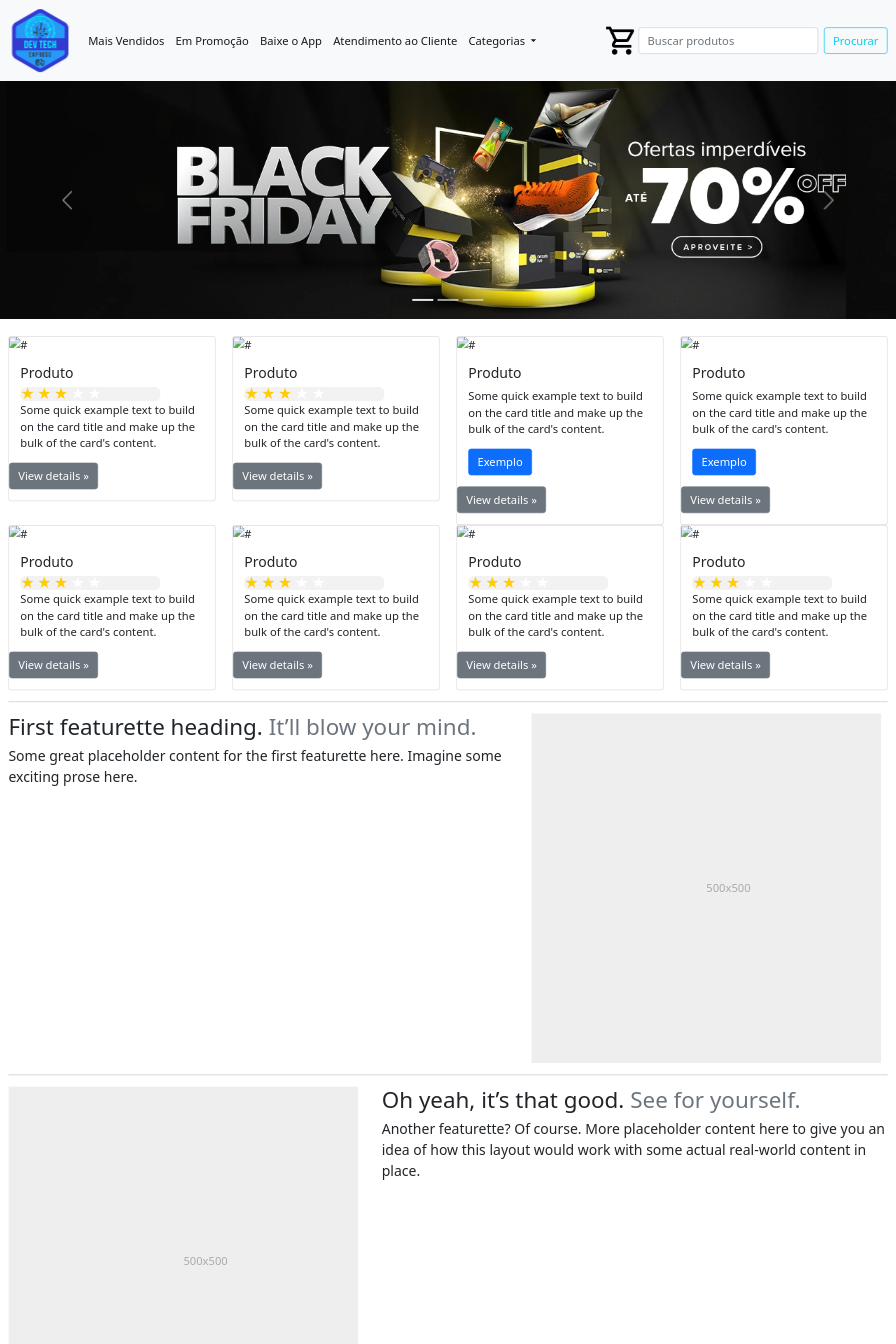
Repository: dantas-barreto/trabalho-interdisciplinar-IDW-IAP
Page: index.html
The author's editor kept a copy of each file at every save. The page is drawn from the files as they stood at one save, then again after the next save.
The browser window is 1280 px wide. The pictures show the part of the page from y = 0 to 1920 px (the page is 2658 px tall), at 70% of full size.

Above is the page before, as saved 2021-11-26 20:34:40.

### index.html
<!DOCTYPE html>
<html lang="pt-br">
  <head>
    <meta charset="utf-8" />
    <meta name="viewport" content="width=device-width, initial-scale=1.0" />
    <link
      href="https://cdn.jsdelivr.net/npm/bootstrap@5.1.3/dist/css/bootstrap.min.css"
      rel="stylesheet"
      integrity="sha384-1BmE4kWBq78iYhFldvKuhfTAU6auU8tT94WrHftjDbrCEXSU1oBoqyl2QvZ6jIW3"
      crossorigin="anonymous"
    />
    <link rel="shortcut icon" href="img/favicon.ico" type="image/x-icon" />
    <link rel="stylesheet" href="css/globalStyle.css" />
    <title>DevTech Express</title>
  </head>
  <body>
    <nav class="navbar navbar-expand-lg navbar-light bg-light header">
      <div class="container-fluid">
        <a class="navbar-brand" href="#">
          <img
            src="img/logo.png"
            width="90rem"
            height="90rem"
            alt="Logo DevTech Express"
          />
        </a>
        <button
          class="navbar-toggler"
          type="button"
          data-bs-toggle="collapse"
          data-bs-target="#navbarSupportedContent"
          aria-controls="navbarSupportedContent"
          aria-expanded="false"
          aria-label="Toggle navigation"
        >
          <span class="navbar-toggler-icon"></span>
        </button>
        <div class="collapse navbar-collapse" id="navbarSupportedContent">
          <ul class="navbar-nav me-auto mb-2 mb-lg-0">
            <li class="nav-item">
              <a class="nav-link active" aria-current="page" href="#"
                >Mais Vendidos</a
              >
            </li>
            <li class="nav-item">
              <a class="nav-link active" href="Clientes.html">Em Promoção</a>
            </li>
            <li class="nav-item">
              <a class="nav-link active" href="Fornecedores.html"
                >Baixe o App</a
              >
            </li>
            <li class="nav-item">
              <a class="nav-link active" href="Produtos.html"
                >Atendimento ao Cliente</a
              >
            </li>
            <li class="nav-item dropdown">
              <a
                class="nav-link active dropdown-toggle"
                href="#"
                id="navbarDropdown"
                role="button"
                data-bs-toggle="dropdown"
                aria-expanded="false"
              >
                Categorias
              </a>
              <ul class="dropdown-menu" aria-labelledby="navbarDropdown">
                <li><a class="dropdown-item" href="#">Categoria 01</a></li>
                <li><a class="dropdown-item" href="#">Categoria 02</a></li>
                <li><a class="dropdown-item" href="#">Categoria 03</a></li>
                <li><a class="dropdown-item" href="#">Categoria 04</a></li>
                <li><a class="dropdown-item" href="#">Categoria 05</a></li>
                <li><a class="dropdown-item" href="#">Categoria 06</a></li>
                <li><a class="dropdown-item" href="#">Categoria 07</a></li>
                <li><a class="dropdown-item" href="#">Categoria 08</a></li>
              </ul>
            </li>
          </ul>
          <img src="img/carrinhogrande.png" />
          <form class="d-flex" id="procurar">
            <input
              class="form-control me-2"
              type="search"
              placeholder="Buscar produtos"
              aria-label="Search"
            />
            <button class="btn btn-outline-info" type="submit">Procurar</button>
          </form>
        </div>
      </div>
    </nav>

    <main>
      <div id="myCarousel" class="carousel slide mb-4" data-bs-ride="carousel">
        <div class="carousel-indicators">
          <button
            type="button"
            data-bs-target="#myCarousel"
            data-bs-slide-to="0"
            class="active"
            aria-current="true"
            aria-label="Slide 1"
          ></button>
          <button
            type="button"
            data-bs-target="#myCarousel"
            data-bs-slide-to="1"
            aria-label="Slide 2"
          ></button>
          <button
            type="button"
            data-bs-target="#myCarousel"
            data-bs-slide-to="2"
            aria-label="Slide 3"
          ></button>
        </div>
        <div class="carousel-inner">
          <div class="carousel-item active">
            <img src="img/exemplo3.webp" alt="Product #1" />
          </div>
          <div class="carousel-item">
            <img src="img/exemplo2.webp" alt="Product #2" />
          </div>
          <div class="carousel-item">
            <img src="img/exemplo1.webp" alt="Product #3" />
          </div>
        </div>
        <button
          class="carousel-control-prev"
          type="button"
          data-bs-target="#myCarousel"
          data-bs-slide="prev"
        >
          <span class="carousel-control-prev-icon" aria-hidden="true"></span>
          <span class="visually-hidden">Previous</span>
        </button>
        <button
          class="carousel-control-next"
          type="button"
          data-bs-target="#myCarousel"
          data-bs-slide="next"
        >
          <span class="carousel-control-next-icon" aria-hidden="true"></span>
          <span class="visually-hidden">Next</span>
        </button>
      </div>

      <div class="container-fluid marketing">
        <div class="row">
          <!-- Fazer os cards ficarem do mesmo tamanho que o maior -->
          <div class="col-xl-3 col-lg-4 col-md-6">
            <div class="card">
              <img src="#" class="card-img-top" alt="#" />
              <div class="card-body">
                <h5 class="card-title">Produto</h5>
                <div class="classificacao">
                  <div class="qualidade" style="--rating: 3"></div>
                </div>
                <p class="card-text">
                  Some quick example text to build on the card title and make up
                  the bulk of the card's content.
                </p>
              </div>
              <p>
                <a class="btn btn-secondary" href="#">View details &raquo;</a>
              </p>
            </div>
          </div>
          <div class="col-xl-3 col-lg-4 col-md-6">
            <div class="card">
              <img src="#" class="card-img-top" alt="#" />
              <div class="card-body">
                <h5 class="card-title">Produto</h5>
                <div class="classificacao">
                  <div class="qualidade" style="--rating: 3"></div>
                </div>
                <p class="card-text">
                  Some quick example text to build on the card title and make up
                  the bulk of the card's content.
                </p>
              </div>
              <p>
                <a class="btn btn-secondary" href="#">View details &raquo;</a>
              </p>
            </div>
          </div>
          <div class="col-xl-3 col-lg-4 col-md-6">
            <div class="card">
              <img src="#" class="card-img-top" alt="#" />
              <div class="card-body">
                <h5 class="card-title">Produto</h5>
                <p class="card-text">
                  Some quick example text to build on the card title and make up
                  the bulk of the card's content.
                </p>
                <a href="#" class="btn btn-primary">Exemplo</a>
              </div>
              <p>
                <a class="btn btn-secondary" href="#">View details &raquo;</a>
              </p>
            </div>
          </div>
          <div class="col-xl-3 col-lg-4 col-md-6">
            <div class="card">
              <img src="#" class="card-img-top" alt="#" />
              <div class="card-body">
                <h5 class="card-title">Produto</h5>
                <p class="card-text">
                  Some quick example text to build on the card title and make up
                  the bulk of the card's content.
                </p>
                <a href="#" class="btn btn-primary">Exemplo</a>
              </div>
              <p>
                <a class="btn btn-secondary" href="#">View details &raquo;</a>
              </p>
            </div>
          </div>
          <div class="col-xl-3 col-lg-4 col-md-6">
            <div class="card">
              <img src="#" class="card-img-top" alt="#" />
              <div class="card-body">
                <h5 class="card-title">Produto</h5>
                <div class="classificacao">
                  <div class="qualidade" style="--rating: 3"></div>
                </div>
                <p class="card-text">
                  Some quick example text to build on the card title and make up
                  the bulk of the card's content.
                </p>
              </div>
              <p>
                <a class="btn btn-secondary" href="#">View details &raquo;</a>
              </p>
            </div>
          </div>
          <div class="col-xl-3 col-lg-4 col-md-6">
            <div class="card">
              <img src="#" class="card-img-top" alt="#" />
              <div class="card-body">
                <h5 class="card-title">Produto</h5>
                <div class="classificacao">
                  <div class="qualidade" style="--rating: 3"></div>
                </div>
                <p class="card-text">
                  Some quick example text to build on the card title and make up
                  the bulk of the card's content.
                </p>
              </div>
              <p>
                <a class="btn btn-secondary" href="#">View details &raquo;</a>
              </p>
            </div>
          </div>
          <div class="col-xl-3 col-lg-4 col-md-6">
            <div class="card">
              <img src="#" class="card-img-top" alt="#" />
              <div class="card-body">
                <h5 class="card-title">Produto</h5>
                <div class="classificacao">
                  <div class="qualidade" style="--rating: 3"></div>
                </div>
                <p class="card-text">
                  Some quick example text to build on the card title and make up
                  the bulk of the card's content.
                </p>
              </div>
              <p>
                <a class="btn btn-secondary" href="#">View details &raquo;</a>
              </p>
            </div>
          </div>
          <div class="col-xl-3 col-lg-4 col-md-6">
            <div class="card">
              <img src="#" class="card-img-top" alt="#" />
              <div class="card-body">
                <h5 class="card-title">Produto</h5>
                <div class="classificacao">
                  <div class="qualidade" style="--rating: 3"></div>
                </div>
                <p class="card-text">
                  Some quick example text to build on the card title and make up
                  the bulk of the card's content.
                </p>
              </div>
              <p>
                <a class="btn btn-secondary" href="#">View details &raquo;</a>
              </p>
            </div>
          </div>
        </div>

        <hr class="featurette-divider" />

        <div class="row featurette">
          <div class="col-md-7">
            <h2 class="featurette-heading">
              First featurette heading.
              <span class="text-muted">It’ll blow your mind.</span>
            </h2>
            <p class="lead">
              Some great placeholder content for the first featurette here.
              Imagine some exciting prose here.
            </p>
          </div>
          <div class="col-md-5">
            <svg
              class="
                bd-placeholder-img bd-placeholder-img-lg
                featurette-image
                img-fluid
                mx-auto
              "
              width="500"
              height="500"
              xmlns="http://www.w3.org/2000/svg"
              role="img"
              aria-label="Placeholder: 500x500"
              preserveAspectRatio="xMidYMid slice"
              focusable="false"
            >
              <title>Placeholder</title>
              <rect width="100%" height="100%" fill="#eee" />
              <text x="50%" y="50%" fill="#aaa" dy=".3em">500x500</text>
            </svg>
          </div>
        </div>

        <hr class="featurette-divider" />

        <div class="row featurette">
          <div class="col-md-7 order-md-2">
            <h2 class="featurette-heading">
              Oh yeah, it’s that good.
              <span class="text-muted">See for yourself.</span>
            </h2>
            <p class="lead">
              Another featurette? Of course. More placeholder content here to
              give you an idea of how this layout would work with some actual
              real-world content in place.
            </p>
          </div>
          <div class="col-md-5 order-md-1">
            <svg
              class="
                bd-placeholder-img bd-placeholder-img-lg
                featurette-image
                img-fluid
                mx-auto
              "
              width="500"
              height="500"
              xmlns="http://www.w3.org/2000/svg"
              role="img"
              aria-label="Placeholder: 500x500"
              preserveAspectRatio="xMidYMid slice"
              focusable="false"
            >
              <title>Placeholder</title>
              <rect width="100%" height="100%" fill="#eee" />
              <text x="50%" y="50%" fill="#aaa" dy=".3em">500x500</text>
            </svg>
          </div>
        </div>

        <hr class="featurette-divider" />

        <div class="row featurette">
          <div class="col-md-7">
            <h2 class="featurette-heading">
              And lastly, this one. <span class="text-muted">Checkmate.</span>
            </h2>
            <p class="lead">
              And yes, this is the last block of representative placeholder
              content. Again, not really intended to be actually read, simply
              here to give you a better view of what this would look like with
              some actual content. Your content.
            </p>
          </div>
          <div class="col-md-5">
            <svg
              class="
                bd-placeholder-img bd-placeholder-img-lg
                featurette-image
                img-fluid
                mx-auto
              "
              width="500"
              height="500"
              xmlns="http://www.w3.org/2000/svg"
              role="img"
              aria-label="Placeholder: 500x500"
              preserveAspectRatio="xMidYMid slice"
              focusable="false"
            >
              <title>Placeholder</title>
              <rect width="100%" height="100%" fill="#eee" />
              <text x="50%" y="50%" fill="#aaa" dy=".3em">500x500</text>
            </svg>
          </div>
        </div>
      </div>

      <footer class="container-fluid">
        <hr class="featurette-divider" />
        <p class="float-end"><a href="#">Voltar ao topo</a></p>
        <p>
          &copy; 2017–2021 Company, Inc. &middot;
          <a href="#">Privacy</a> &middot; <a href="#">Terms</a>
        </p>
      </footer>
    </main>

    <script
      src="https://cdn.jsdelivr.net/npm/bootstrap@5.1.3/dist/js/bootstrap.bundle.min.js"
      integrity="sha384-ka7Sk0Gln4gmtz2MlQnikT1wXgYsOg+OMhuP+IlRH9sENBO0LRn5q+8nbTov4+1p"
      crossorigin="anonymous"
    ></script>
  </body>
</html>

### css/globalStyle.css
:root {
  --fontColor: #292929;
  --bgColor: #ebebeb;
  --header: #610ce9;
  --general: #2c34c9;
}

/* Header */
.header {
  background-color: var(--header);
  color: var(--fontColor);
}
/* End Header */

/* Stars */
.classificacao {
  display: flex;
  justify-content: space-between;
}

.classificacao {
  background-color: #f2f2f2;
  border-radius: 8px;
  text-align: center;
  width: 200px;
}

.qualidade {
  --percent: calc(var(--rating) / 5 * 100%);
  display: inline-block;
  font-size: 20px;
  line-height: 1;
}

.qualidade::before {
  background: linear-gradient(90deg, #fc0 var(--percent), #fff var(--percent));
  content: "★★★★★";
  letter-spacing: 3px;
  background-clip: text;
  -webkit-background-clip: text;
  -webkit-text-fill-color: transparent;
}
/* End Stars */

After the next save:
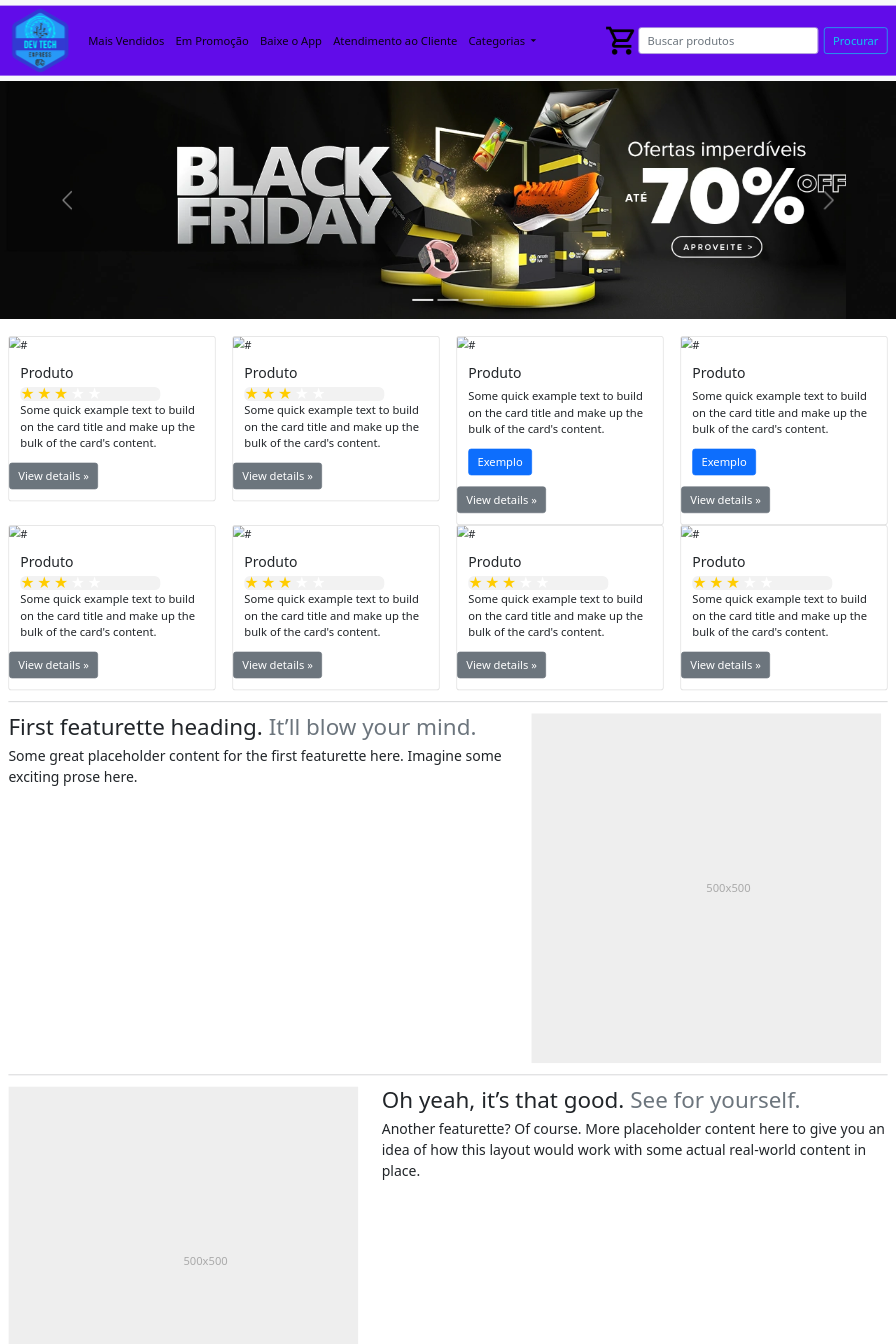
Saved 42 s later.
--- a/index.html
+++ b/index.html
@@ -14,8 +14,8 @@
     <title>DevTech Express</title>
   </head>
   <body>
-    <nav class="navbar navbar-expand-lg navbar-light bg-light header">
-      <div class="container-fluid">
+    <nav class="navbar navbar-expand-lg navbar-light bg-light">
+      <div class="container-fluid header">
         <a class="navbar-brand" href="#">
           <img
             src="img/logo.png"

After the save that followed:
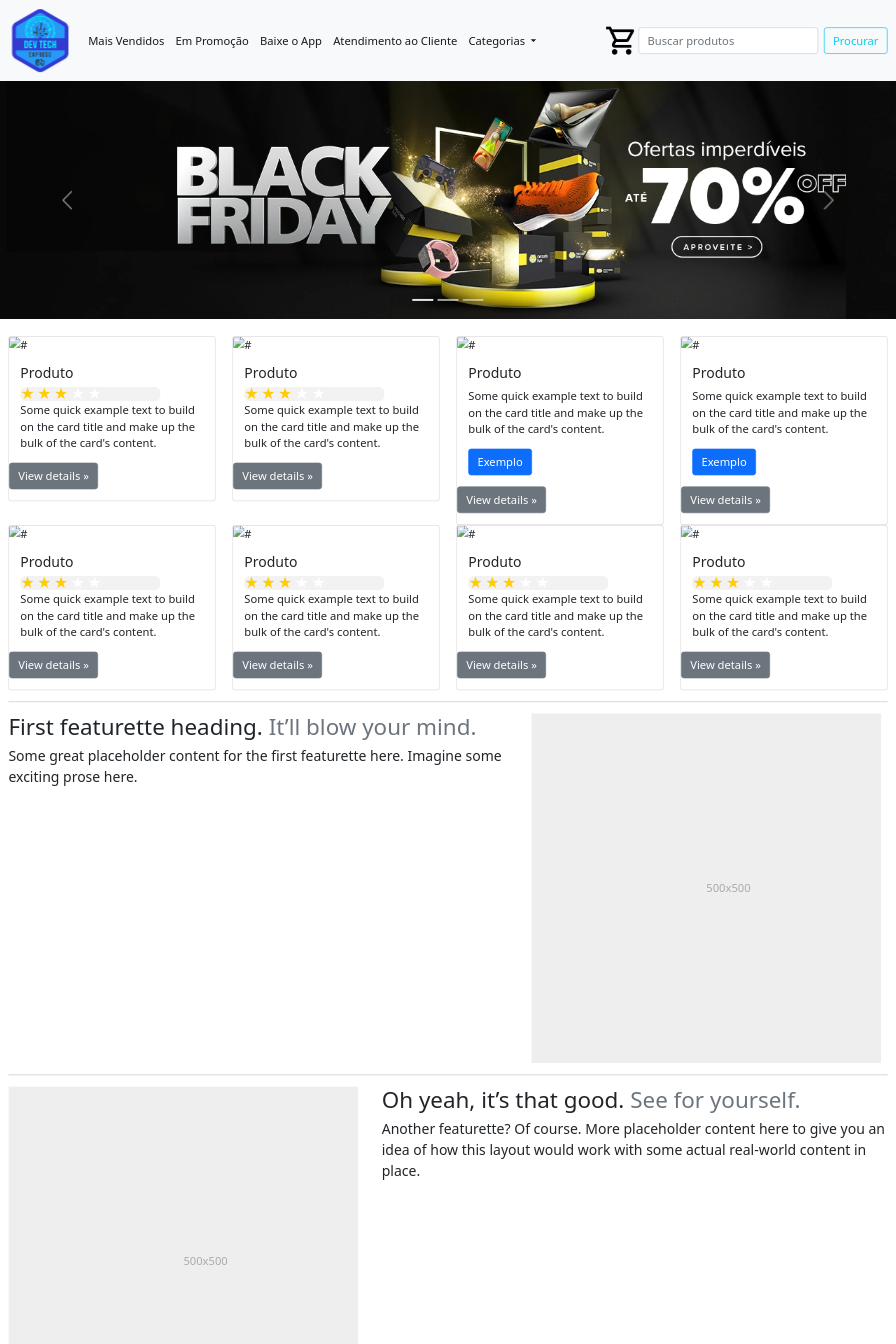
Saved 6 s later.
--- a/index.html
+++ b/index.html
@@ -14,8 +14,8 @@
     <title>DevTech Express</title>
   </head>
   <body>
-    <nav class="navbar navbar-expand-lg navbar-light bg-light">
-      <div class="container-fluid header">
+    <nav class="navbar navbar-expand-lg navbar-light bg-light header">
+      <div class="container-fluid">
         <a class="navbar-brand" href="#">
           <img
             src="img/logo.png"
